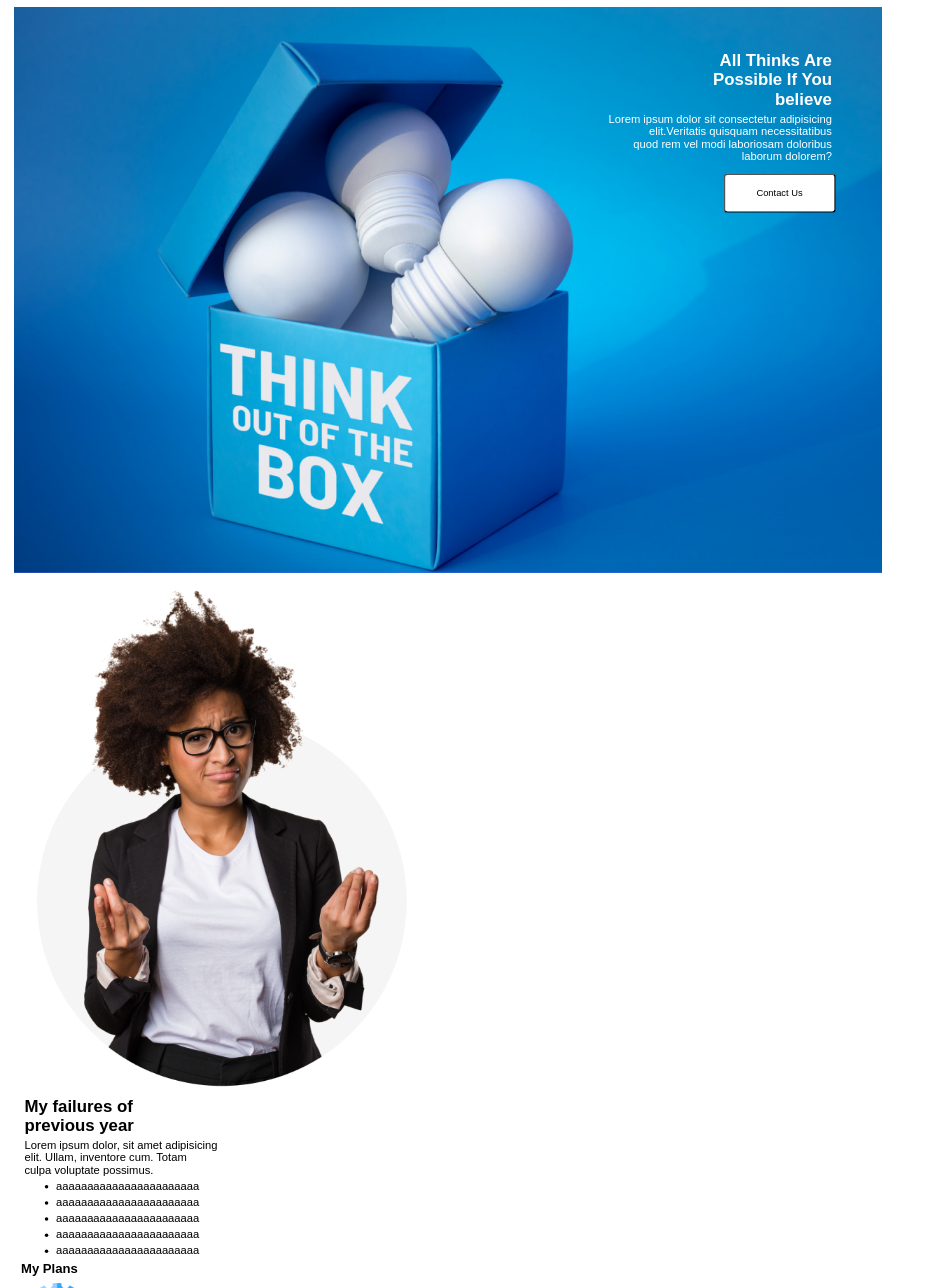
Repository: sadiaafsana138/All-Thinks-Are-Possible-Website
Page: index.html
These files come from the project's save history. The page is drawn as it stood at one moment and after the next save; the edit follows.
The browser window is 1280 px wide. The page is 1344 px wide, so the pictures cover 1344 px, including what lies to the right of the window. The pictures show the part of the page from y = 0 to 1840 px (the page is 3719 px tall), at 70% of full size.

Above is the page before, as saved 2023-01-08 10:08:22.

### index.html
<!DOCTYPE html>
<html lang="en">

<head>
    <meta charset="UTF-8">
    <meta http-equiv="X-UA-Compatible" content="IE=edge">
    <meta name="viewport" content="width=device-width, initial-scale=1.0">
    <title>First Website</title>
    <link rel="stylesheet" href="styles/web.css">
</head>

<body>
    <!-- header -->
    <header>
        <section class="section1">
            <div>
                <h1 id="head-text1">
                    All Thinks Are<br>Possible If You<br>believe
                </h1>
                <p id="head-text2" >Lorem ipsum dolor sit consectetur adipisicing<br>elit.Veritatis quisquam necessitatibus <br>quod rem vel modi laboriosam doloribus<br>laborum dolorem?
                </p>
                <button id="button1">
                    Contact Us
                </button>
            </div>
        </section>
    </header>
    <main>
        <!--next sections-->
        <section>
            <div>
                <img src="images/person.png" alt="person">
                <div>
                    <h2>
                        My failures of <br>
                        previous year
                    </h2>
                    <p>
                        Lorem ipsum dolor, sit amet adipisicing <br>
                        elit. Ullam, inventore cum. Totam <br>
                        culpa voluptate possimus.
                    </p>
                    <ul>
                        <li>aaaaaaaaaaaaaaaaaaaaaaa</li>
                        <li>aaaaaaaaaaaaaaaaaaaaaaa</li>
                        <li>aaaaaaaaaaaaaaaaaaaaaaa</li>
                        <li>aaaaaaaaaaaaaaaaaaaaaaa</li>
                        <li>aaaaaaaaaaaaaaaaaaaaaaa</li>
                    </ul>
                </div>
            </div>
        </section>

        <!--section 3-->
        <section>
            <div>
                <h3>
                    My Plans
                </h3>
                <div>
                    <img src="images/icons/web.png" alt=""><br>
                    <H3>Web Development</H3>
                    <p>I want to start</p>
                </div>
                <div>
                    <img src="images/icons/js.png" alt=""><br>
                    <H3>Javascript</H3>
                    <p>I want to learn</p>
                </div>
                <div>
                    <img src="images/icons/smoke.png" alt=""><br>
                    <H3>smoking habit</H3>
                    <p>I want to end</p>
                </div>
                <div>
                    <img src="images/icons/ecom.png" alt=""><br>
                    <H3>E-commerce</H3>
                    <p>I want to develop</p>
                </div>
            </div>
            <div>
                <img src="images/watch.png" alt="">
                <img src="images/gradient1.png" alt="">
                <div>
                    <h3>Always Keep positive Mindset</h3><br>
                    <button>Call now</button>
                </div>
            </div>
        </section>

    </main>
    <footer>
        <Section>
            <div>
                <h2>Future</h2><br>
                <p>Lorem ipsum dolor sit amet consectetur adipisicing elit. Totam ullam accusamus sequi dolor dolores,
                    suscipit dignissimos aut doloribus officiis explicabo distinctio dolore, quo perspiciatis odio magni
                    at tempore neque reiciendis.
                </p><br>
                <p>Email: XXXXXX@gmail.com</p><br>
                <P>phone-no: 01516656595</P><br>
                <ul>
                    <li><img src="images/icons/fb.png" alt=""></li>
                    <li><img src="images/icons/youtube.png" alt=""></li>
                    <li><img src="images/icons/twitter.png" alt=""></li>
                </ul>
            </div>
            <div>
                <h3>subscribe</h3><br>
                <input type="email" plavceholder="Enter Your Email"><br>
                <button>subscribe here</button>
            </div>
        </Section>
    </footer>
</body>

</html>

### styles/web.css
*{
margin: 5px 5px ;
font-family: Arial, Helvetica, sans-serif;
}
.section1{
    background-image:url(../images/banner/banner3.png);
    height: 808px;
    width:cover;
    background-repeat: no-repeat;
    background-color: blue;

}
#head-text1{
    color: white;
    padding-left: 50% ;
    padding-right:5%;
    padding-top: 5%;
    text-align: right;
    Font-style: Bold;
}
#head-text2{
    color: white;
    padding-left: 50% ;
    padding-right:5%;
    text-align: right;
}
#button1{
    margin-top: 10px;
    width: 160px;
    height: 56px;
    left: 640px;
    top: 438px;
    text-align: center;
    align-items: right;
    background: white;
    border-radius: 5px;
    margin-right: 150px;
    margin-left: 82%;
    align-content: right;
}

After the next save:
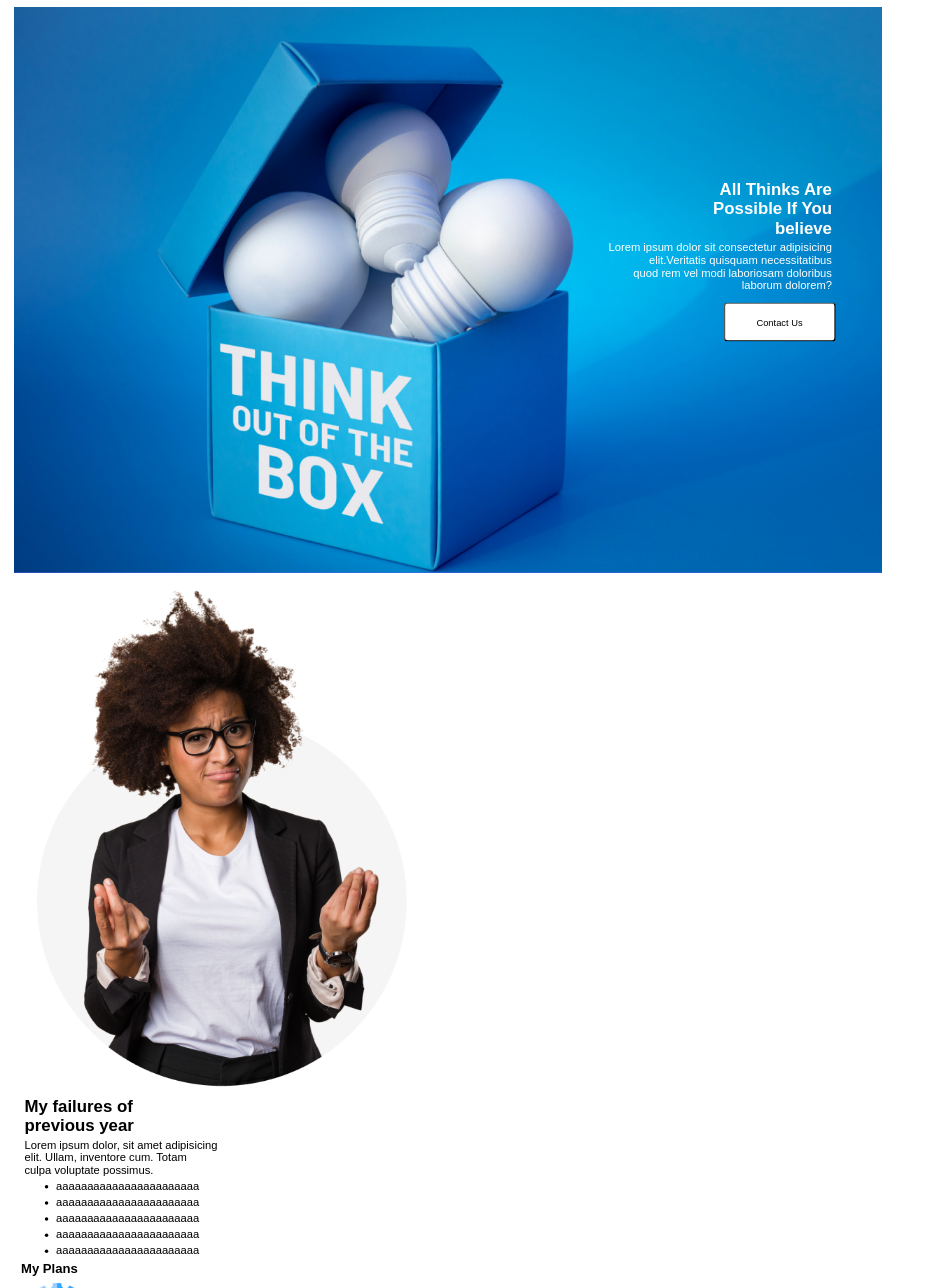
Saved 62 s later.
--- a/styles/web.css
+++ b/styles/web.css
@@ -14,7 +14,7 @@ font-family: Arial, Helvetica, sans-serif;
     color: white;
     padding-left: 50% ;
     padding-right:5%;
-    padding-top: 5%;
+    padding-top: 20%;
     text-align: right;
     Font-style: Bold;
 }
